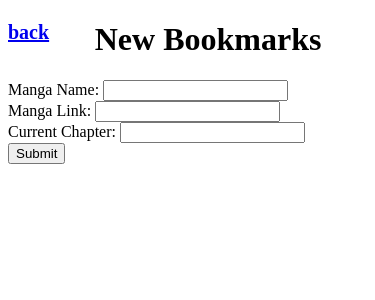
Repository: PA055/Manga-Bookmarks
Page: new.html
The author's editor kept a copy of each file at every save. The page is drawn from the files as they stood at one save, then again after the next save.
The browser window is 375 px wide. The pictures show the whole page.

Above is the page before, as saved 2023-03-11 11:59:15.
Console error: ReferenceError: $ is not defined

### new.html
<!DOCTYPE html>
<html lang="en">
  <head>
    <meta charset="utf-8" />
    <meta name="viewport" content="width=device-width, initial-scale=1" />
    <meta name="theme-color" content="#000000" />
    <title>New Bookmark</title>
    <link rel="stylesheet" href="./main.css">
  </head>
  <body>
    <noscript>You need to enable JavaScript to run this app.</noscript>

    <a href="index.html" class="back">back</a>
    <h1>New Bookmarks</h1>

    <form id="newBookmark" onsubmit="AddBookmark()">
        <label for="mname">Manga Name:</label>
        <input type="text" id="mname" name="mname">
        <br>
        <label for="link">Manga Link:</label>
        <input type="url" id="link" name="link">
        <br>
        <label for="chapter">Current Chapter:</label>
        <input type="number" id="chapter" name="chapter">
        <br>
        <input type="submit">
    </form>

    <script src="./bookmarks.js"></script>
  </body>
</html>

### main.css
h1 {
    width: 100%;
    text-align: center;
}

.button {
    display: block;
    padding: 5px;
    margin: auto;
    width: fit-content;
    text-decoration: none;
    border: 4px gray outset;
    color: black;
}

.button:hover {
    border-style: inset;
}

.back {
    font-size: 20px;
    font-weight: bold;
    display: inline;
    float: left;
    margin-top: 8px;
    margin-left: 10px;
}

@media only screen and (max-width: 400px) {
    .back {
        display: block;
        margin: auto;
    }
}

### bookmarks.js
let bookmarks = document.getElementById('bookmarks');
const url = "./bookmarks.json"

$.getJSON(url, function(data){
    console.log(data);
});

// const fetchJson = async () => {
//     try {
//         const file = await fetch(url);
//         const response = await file.json();
//     } catch (error) {
//         console.log(error);
//     }
// };

function AddBookmark() {
    var formData = new FormData(document.querySelector('form'))

}

After the next save:
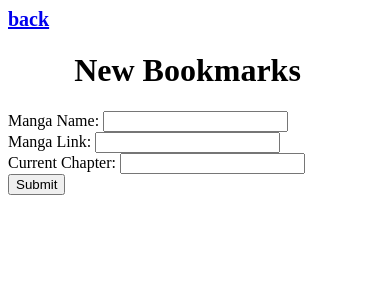
Saved 21 s later.
--- a/main.css
+++ b/main.css
@@ -30,5 +30,6 @@ h1 {
     .back {
         display: block;
         margin: auto;
+        float: none;
     }
 }
